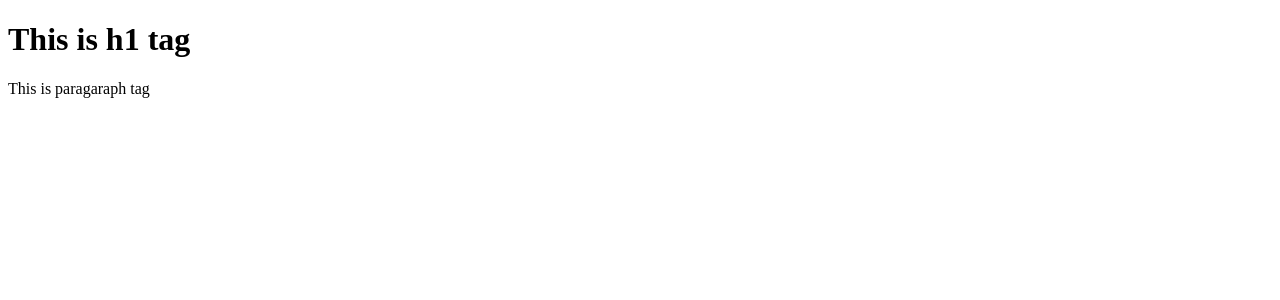
Repository: MushrrafKhan/code_by_heart
Page: index.html
These files come from the project's save history. The page is drawn as it stood at one moment and after the next save; the edit follows.
The browser window is 1280 px wide. The pictures show the whole page.

Above is the page before, as saved 2022-06-08 21:00:44.

### index.html
<!DOCTYPE html>
<html lang="en">
<head>
    <meta charset="UTF-8">
    <meta http-equiv="X-UA-Compatible" content="IE=edge">
    <meta name="viewport" content="width=device-width, initial-scale=1.0">
    <link rel="stylesheet" href="index.js">
    <title>Document</title>
</head>
<body>
    <h1>This is h1 tag</h1>
    <p>This is paragaraph tag</p>
</body>
</html>

Loaded but not shown: index.js (no copy from this time; the picture is the same without it)

After the next save:
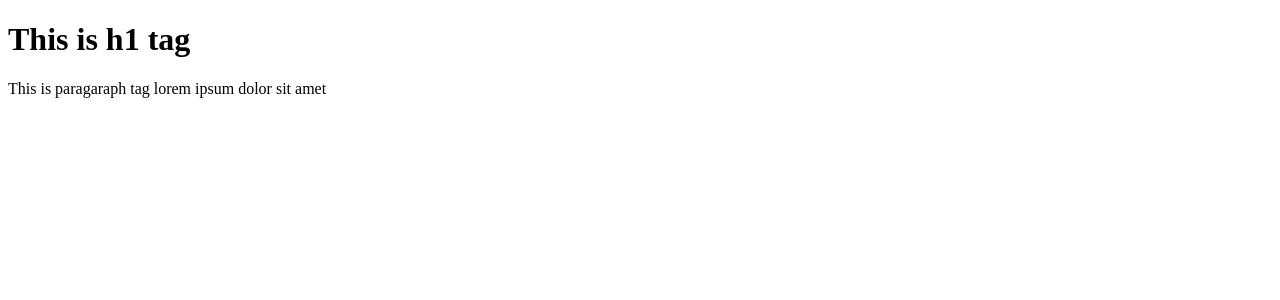
Saved 6 s later.
--- a/index.html
+++ b/index.html
@@ -9,6 +9,6 @@
 </head>
 <body>
     <h1>This is h1 tag</h1>
-    <p>This is paragaraph tag</p>
+    <p>This is paragaraph tag lorem ipsum dolor sit amet</p>
 </body>
 </html>
